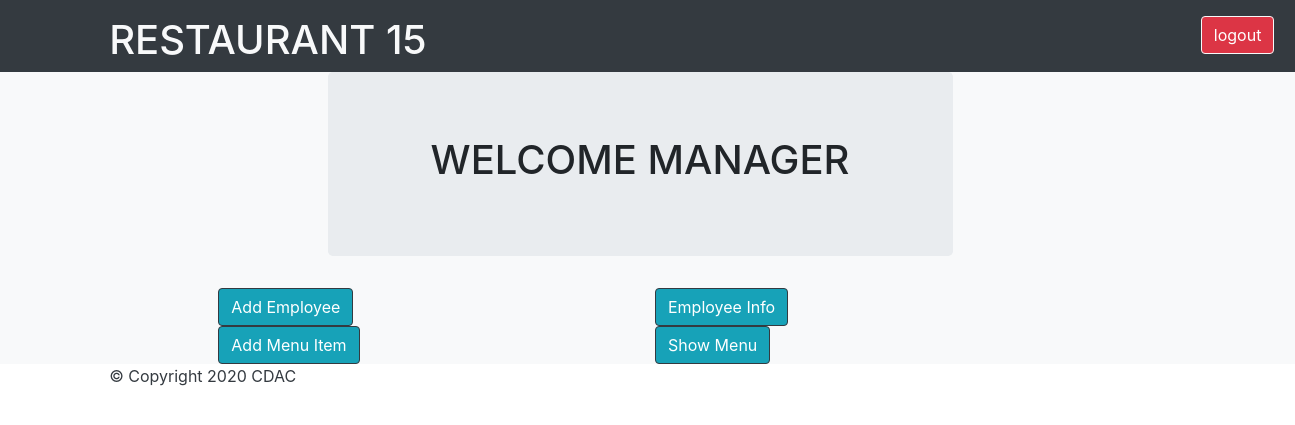
Repository: Pedaxx-IT-solution/E-Waiter-Stuff-
Page: http://localhost/ProjectEwaiter/WEB-INF/views/welcomemgr.jsp
These files come from the project's save history. The page is drawn as it stood at one moment and after the next save; the edit follows.
The browser window is 1280 px wide. The page is 1295 px wide, so the pictures cover 1295 px, including what lies to the right of the window. The pictures show the whole page.
The page is served by Tomcat 9. Nobody is signed in. The template is opened directly, without the code that normally fills it, so the values that code supplies are empty.

Above is the page before, as saved 2020-01-25 22:45:34.

After the next save:
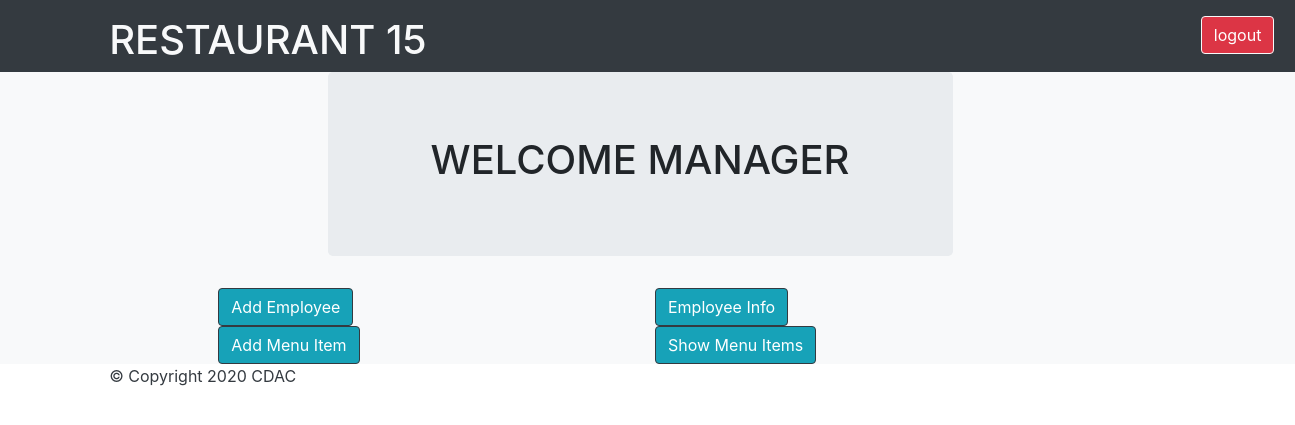
Saved 8 s later.
--- a/MyProject/ProjectEwaiter/src/main/webapp/WEB-INF/views/welcomemgr.jsp
+++ b/MyProject/ProjectEwaiter/src/main/webapp/WEB-INF/views/welcomemgr.jsp
@@ -70,7 +70,7 @@ response.setHeader("Expires", "0");
 
 			<div class=" col-4">
 
-							<a href="/user/menu/showMenu" class="btn btn-info border-dark" role="button">Show Menu</a>
+							<a href="/user/menu/showMenu" class="btn btn-info border-dark" role="button">Show Menu Items</a>
 			</div>
 			<div class="col-2"></div>
 
